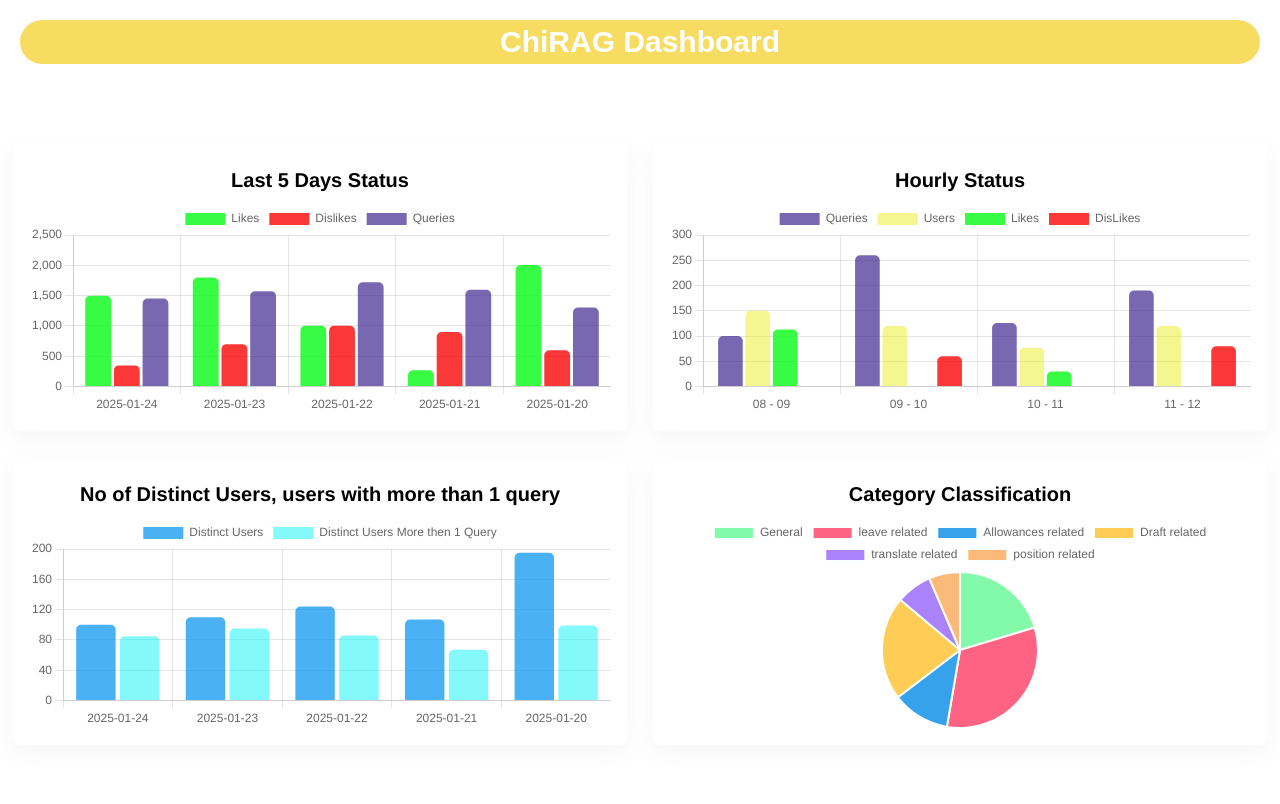
Repository: NAGARAJ-DEVELOPER/Dashboard
Page: /
These files come from the project's save history. The page is drawn as it stood at one moment and after the next save; the edit follows.
The browser window is 1280 px wide. The pictures show the whole page.
The project was rebuilt for these pictures with package versions that can differ from the ones it lists, and the page was loaded fresh each time. Also part of the build but not shown: vite.config.js.

Above is the page before, as saved 2025-02-16 16:46:11.

### src/App.jsx
import React from "react";
import { Chart as ChartJS, defaults } from "chart.js/auto";
import { Bar, Doughnut, Line, Pie } from "react-chartjs-2";
import { useState,useEffect } from "react";

import "./App.css";




defaults.maintainAspectRatio = false;
defaults.responsive = true;

defaults.plugins.title.display = true;
defaults.plugins.title.align = "start";
defaults.plugins.title.font.size = 20;
defaults.plugins.title.color = "black";

export const App = () => {

  const [Week, setWeekData] = useState([]);
  const [toady, setTodayData] = useState([]);
  const [user, setUserData] = useState([]);
  const [category, setCategoryData] = useState([]);

  useEffect(() => {
      fetch("./config.json") // Load config file
          .then((response) => response.json())
          .then((config) => {
              // Fetch JSON files dynamically
              console.log("Success");
              loadJSON(config.week, setWeekData);
              loadJSON(config.today, setTodayData);
              loadJSON(config.user, setUserData);
              loadJSON(config.category, setCategoryData);
          })
          .catch((error) => console.error("Error loading config.json:", error));
  }, []);

  const loadJSON = (path, setter) => {
      fetch(path)
          .then((response) => response.json())
          .then((data) => setter(data))
          .catch((error) => console.error(`Error loading ${path}:`, error));
  };

  return (
   <>
   <div className="HeaderStyle">
   <h1 >ChiRAG Dashboard</h1>
   </div>
    <div className="App">

        <div className="dataCard categoryCard">
        <Bar
          data={{
            labels: Week.map((data) => data.DATE1),
            datasets: [
              {
                label: "Likes",
                data: Week.map((data) => data.number_of_likes),
                backgroundColor: [
             "rgba(7, 250, 20, 0.8)",
                ],
                borderRadius: 5,
              },
              {
                label: "Dislikes",
                data: Week.map((data) => data.number_of_dislikes),
                backgroundColor: [

                  "rgba(250, 7, 7, 0.8)",

                ],
                borderRadius: 5,
              },
              {
                label: "Queries",
                data: Week.map((data) => data.number_of_ques),
                backgroundColor: [
                  "rgba(63, 40, 145, 0.7)",
                ],
                borderRadius: 5,
              },
            ],
          }}
          options={{
            plugins: {
              title: {
                text: "Last 5 Days Status",
                align:'center',
              },
            },
          }}
        />
      </div>


      <div className="dataCard categoryCard">
        <Bar
          data={{
            labels: toady.map((data) => data.B_TIME),
            datasets: [
              {
                label: "Queries",
                data: toady.map((data) => data.C_Questions),
                backgroundColor: [
                  "rgba(63, 40, 145, 0.7)",
                ],
                borderRadius: 5,
              },
              {
                label: "Users",
                data: toady.map((data) => data.D_Users),
                backgroundColor: [

                  "rgba(231, 235, 8, 0.45)",

                ],
                borderRadius: 5,
              },
              {
                label: "Likes",
                data: toady.map((data) => data.F_Likes),
                backgroundColor: [
                  "rgba(7, 250, 20, 0.8)",
                ],
                borderRadius: 5,
              },
              {
                label: "DisLikes",
                data: toady.map((data) => data.Dis_Likes),
                backgroundColor: [
                  "rgba(250, 7, 7, 0.8)",
                ],
                borderRadius: 5,
              },
            ],
          }}
          options={{
            plugins: {
              title: {
                text: "Hourly Status",
                align:'center',
              },
            },
          }}
        />
      </div>


      <div className="dataCard categoryCard">
        <Bar
          data={{
            labels: user.map((data) => data.DATE1),
            datasets: [
              {
                label: "Distinct Users",
                data: user.map((data) => data.number_of_distinct_users),
                backgroundColor: 'rgba(9, 149, 241, 0.73)',
                borderRadius: 5,
              },
              {
                label: "Distinct Users More then 1 Query",
                data: user.map((data) => data.Distinct_Users_more_1query),
                backgroundColor:'rgba(10, 243, 243, 0.5)',
                borderRadius: 5,
              },
            ],
          }}
          options={{
            plugins: {
              title: {
                text: "No of Distinct Users, users with more than 1 query",
                align:'center',
              },
            },
          }}
        />
      </div>


      <div className="dataCard categoryCard">
        <Pie
          data={{
            labels: category.map((data) => data.category),
            datasets: [
              {
                label: "Count",
                data: category.map((data) => data.COUNT_CAT),
                backgroundColor: [
                  'rgba(7, 245, 86, 0.5)',
         'rgb(255, 99, 132)',
      'rgb(54, 162, 235)',
      'rgb(255, 205, 86)',
        'rgba(86, 6, 245, 0.5)',
        'rgba(247, 129, 11, 0.55)',
                ],
                borderColor: [
                  'rgb(250, 255, 251)',
                  'rgb(250, 255, 251)',
                  'rgb(250, 255, 251)',
                  'rgb(250, 255, 251)',
                  'rgb(250, 255, 251)',
                  'rgb(250, 255, 251)',
                ],animation :Pie,
              },
            ],
          }}
          options={{
            plugins: {
              title: {
                text: "Category Classification",
                align:'center',
              },
            },
          }}
        />
      </div>
    </div>
    </>
  );
};

### src/App.css
.App {
  height: 100vh;
  width: 100%;
  display: flex;
  flex-direction: row;
  align-items: center;
  justify-content: center;
  align-content: center;
  gap: 2vw;
  flex-wrap: wrap;
  background-color: #ffffff;
  overflow: auto;
}
.HeaderStyle{
  font-size: 15px;
  display: flex;
  justify-content: center; /* Horizontal alignment */
  align-items: center; /* Vertical alignment */
  background-color:  #f3c809a2;
  color: #ffffff;
  border-radius: 30px;
  margin: 20px;
  font-weight: bold;
  padding: 5px;
  border-color: #fcd603;
}
.dotted {
  border-top: 20px dotted #0a0a0a;
}
.vl {
  border-left: 2px dashed rgb(8, 8, 8);
  height: 98%;
  position: absolute;
  left: 49%;
  margin-left: -3px;
  top: 0;
}
.dataCard {
  background-color: #ffffff;
  border-radius: 0.5em;
  box-shadow: rgba(208, 210, 218, 0.2) 0px 8px 24px;
  padding: 1em;
}

.revenueCard {
  width: 92%;
  height: 20rem;
}

.customerCard {
  width: 50%;
  height: 19rem;
}

.categoryCard {
  width: 48%;
  height: 18rem;
}

### public/config.json
{
    "week": "data/7days.json",
    "today": "data/Today.json",
    "user": "data/Users.json",
    "category": "data/Category.json"
  }

### public/data/7days.json
[
    {  "DATE1": "2025-01-24", "number_of_dislikes": 350, "number_of_likes": 1500,  "number_of_ques": 1452 },
    {  "DATE1": "2025-01-23", "number_of_dislikes": 700, "number_of_likes": 1800,  "number_of_ques": 1574 },
    {  "DATE1": "2025-01-22", "number_of_dislikes": 1003, "number_of_likes": 1005,  "number_of_ques": 1720 },
    {  "DATE1": "2025-01-21", "number_of_dislikes": 900, "number_of_likes": 270,  "number_of_ques": 1596 },
    {  "DATE1": "2025-01-20", "number_of_dislikes": 600, "number_of_likes": 2005,  "number_of_ques": 1304 }
  ]

### public/data/Today.json
[
  { "A_DATE": "2025-01-27", "B_TIME": "08 - 09", "C_Questions": 100, "D_Users": 150 ,"F_Likes": 113},
  { "A_DATE": "2025-01-27",  "B_TIME": "09 - 10", "C_Questions": 260, "D_Users": 120,"Dis_Likes":60},
  { "A_DATE": "2025-01-27", "B_TIME": "10 - 11", "C_Questions": 126, "D_Users": 77, "F_Likes": 30 },
  { "A_DATE": "2025-01-27", "B_TIME": "11 - 12", "C_Questions": 190, "D_Users": 120,"Dis_Likes":80 }
]

### public/data/Users.json
[
  {  "DATE1": "2025-01-24", "number_of_distinct_users": 100, "Distinct_Users_more_1query": 85 },
  {  "DATE1": "2025-01-23", "number_of_distinct_users": 110, "Distinct_Users_more_1query": 95 },
  {  "DATE1": "2025-01-22", "number_of_distinct_users": 124, "Distinct_Users_more_1query": 86  },
  {  "DATE1": "2025-01-21", "number_of_distinct_users": 107, "Distinct_Users_more_1query": 67  },
  {  "DATE1": "2025-01-20", "number_of_distinct_users": 195, "Distinct_Users_more_1query": 99  }
]

### public/data/Category.json
[
  { "category": "General", "COUNT_CAT": 2434 },
  { "category": "leave related", "COUNT_CAT": 3870 },
  { "category": "Allowances related", "COUNT_CAT": 1430 },
  { "category": "Draft related", "COUNT_CAT": 2569 },
  { "category": "translate related", "COUNT_CAT": 891 },
  { "category": "position related", "COUNT_CAT": 770 }
]

Loaded but not shown: index.html (common file); src/main.jsx (common file); src/index.css (common file)

After the next save:
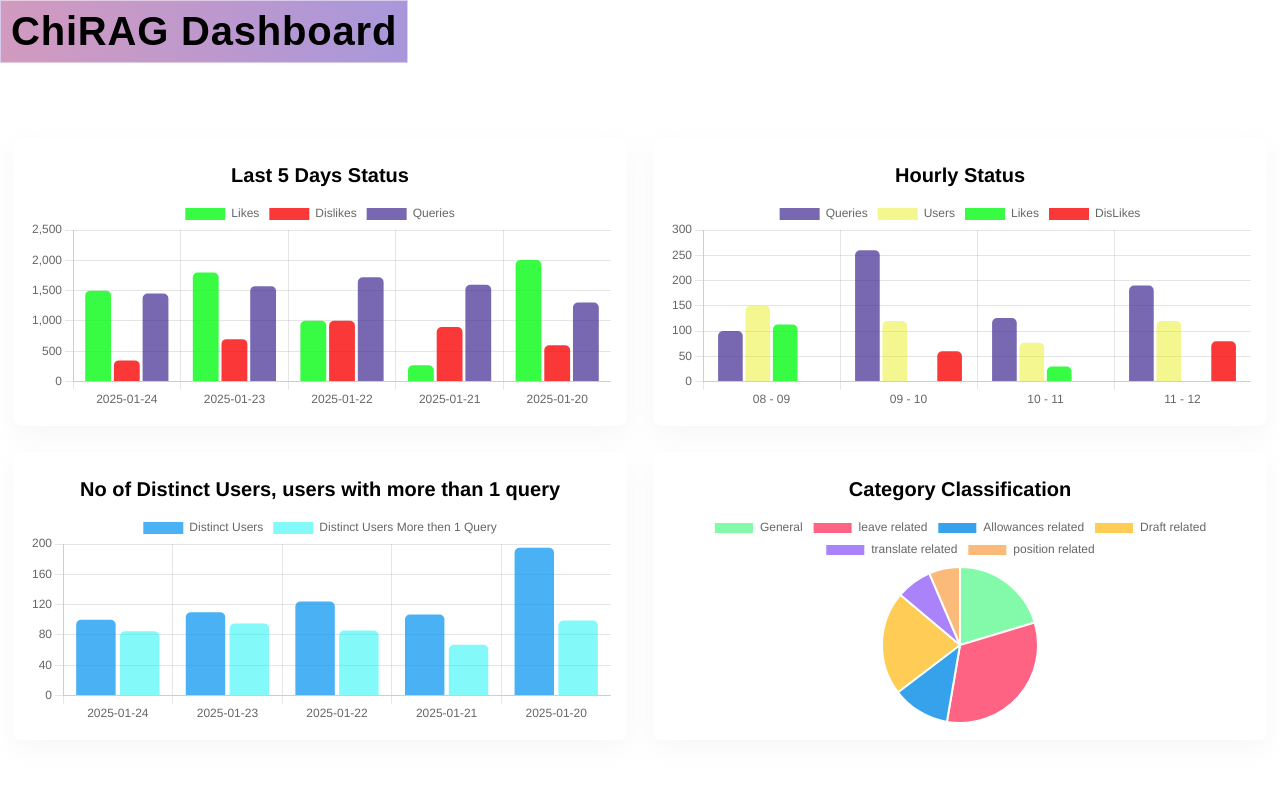
Saved 63 s later.
--- a/src/App.css
+++ b/src/App.css
@@ -12,17 +12,14 @@
   overflow: auto;
 }
 .HeaderStyle{
-  font-size: 15px;
-  display: flex;
-  justify-content: center; /* Horizontal alignment */
-  align-items: center; /* Vertical alignment */
-  background-color:  #f3c809a2;
-  color: #ffffff;
-  border-radius: 30px;
-  margin: 20px;
-  font-weight: bold;
-  padding: 5px;
-  border-color: #fcd603;
+  font-weight: 700;
+  letter-spacing: 0.8px;
+  padding: 8px 10px;
+  background: linear-gradient(90.21deg, rgba(170, 54, 124, 0.5) -5.91%, rgba(74, 47, 189, 0.5) 111.58%);
+  border: 1px solid rgba(255, 255, 255, 0.5);
+  font-size: 20px;
+  margin-bottom: 16px;
+  display: inline-block;
 }
 .dotted {
   border-top: 20px dotted #0a0a0a;
